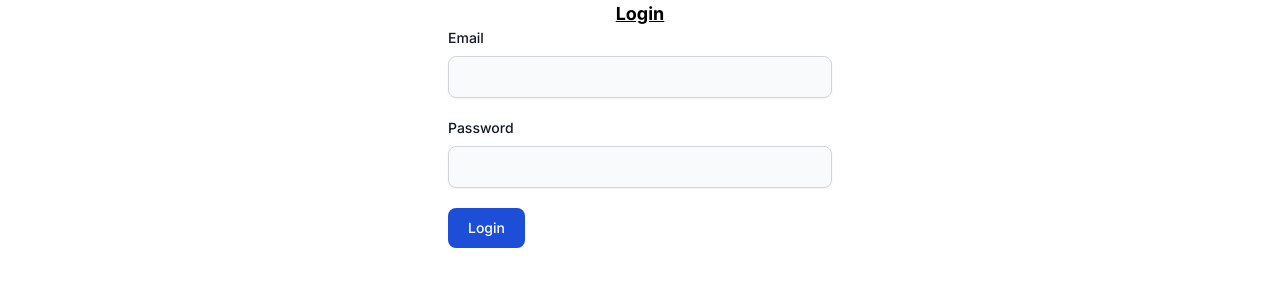
Repository: fatimash2123/next-todo
Page: /login
An editor plug-in stored every save of this project. The page is shown before and after the next save, followed by the edit.
The browser window is 1280 px wide. The pictures show the whole page.
The project was rebuilt for these pictures with package versions that can differ from the ones it lists, and the page was loaded fresh each time. The framework's server and built-in components were replaced by stand-ins that run in the browser. Also part of the build but not shown: next.config.mjs.

Above is the page before, as saved 2024-02-14 11:01:36.

After the next save:
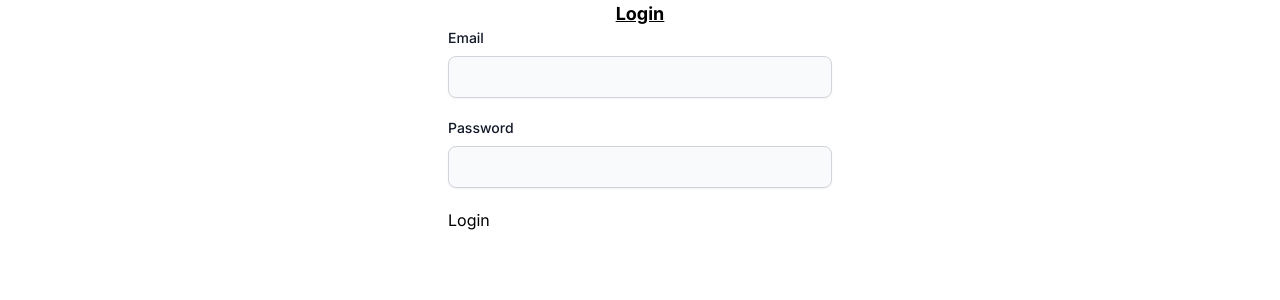
Saved 97 s later.
--- a/components/LoginForm.tsx
+++ b/components/LoginForm.tsx
@@ -13,7 +13,18 @@ export default function LoginForm() {
       <Input title={"Password"} type={"password"} name={"password"} />
       {/*  @ts-ignore */}
       <div>{errorMessage && <p>{errorMessage} ii</p>}</div>
-      <Button title={"Login"} />
+      {/* <Button title={"Login"} /> */}
+      <LoginButton />
     </form>
   );
 }
+
+function LoginButton() {
+  const { pending } = useFormStatus();
+
+  return (
+    <button aria-disabled={pending} type="submit">
+      Login
+    </button>
+  );
+}
